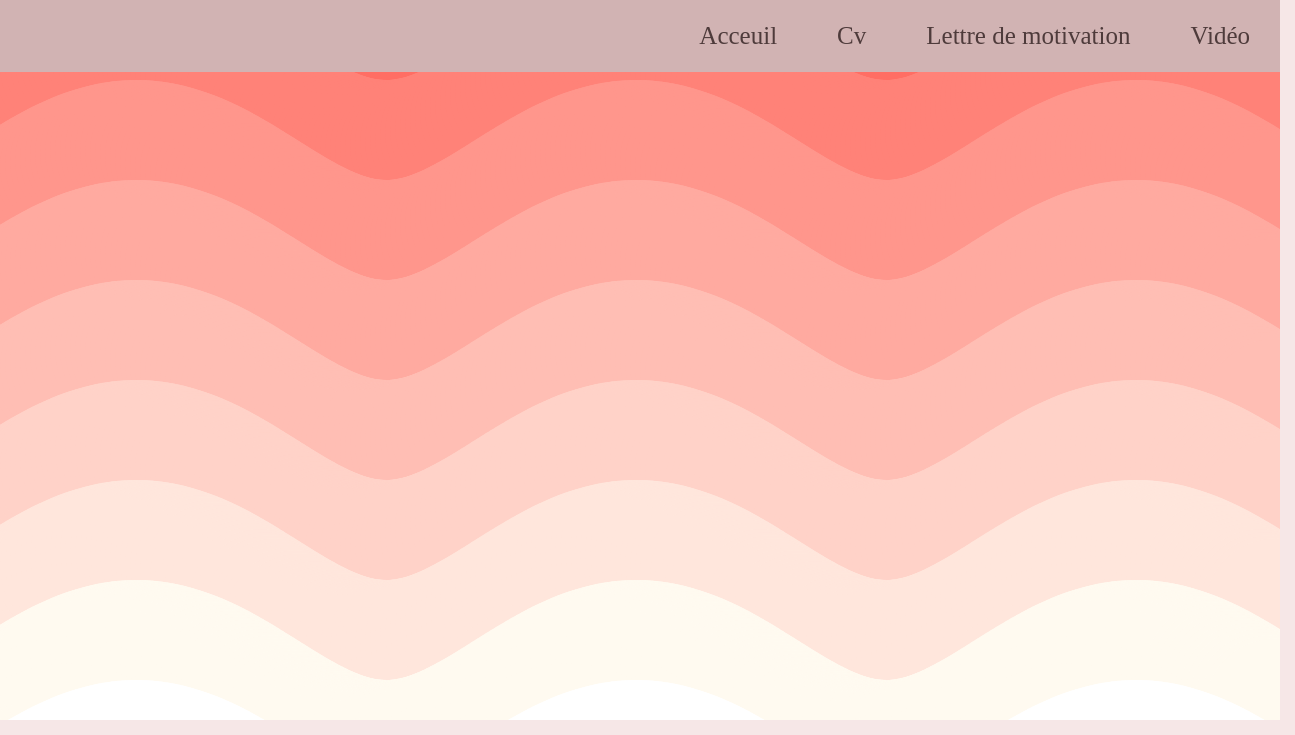
Repository: Iban-del/ProjetBacIban
Page: index.html
The author's editor kept a copy of each file at every save. The page is drawn from the files as they stood at one save, then again after the next save.
The browser window is 1280 px wide. The page is 1295 px wide, so the pictures cover 1295 px, including what lies to the right of the window. The pictures show the whole page.
The page's requests for data from a server got no answer.

Above is the page before, as saved 2025-02-25 18:38:30.

After the next save:
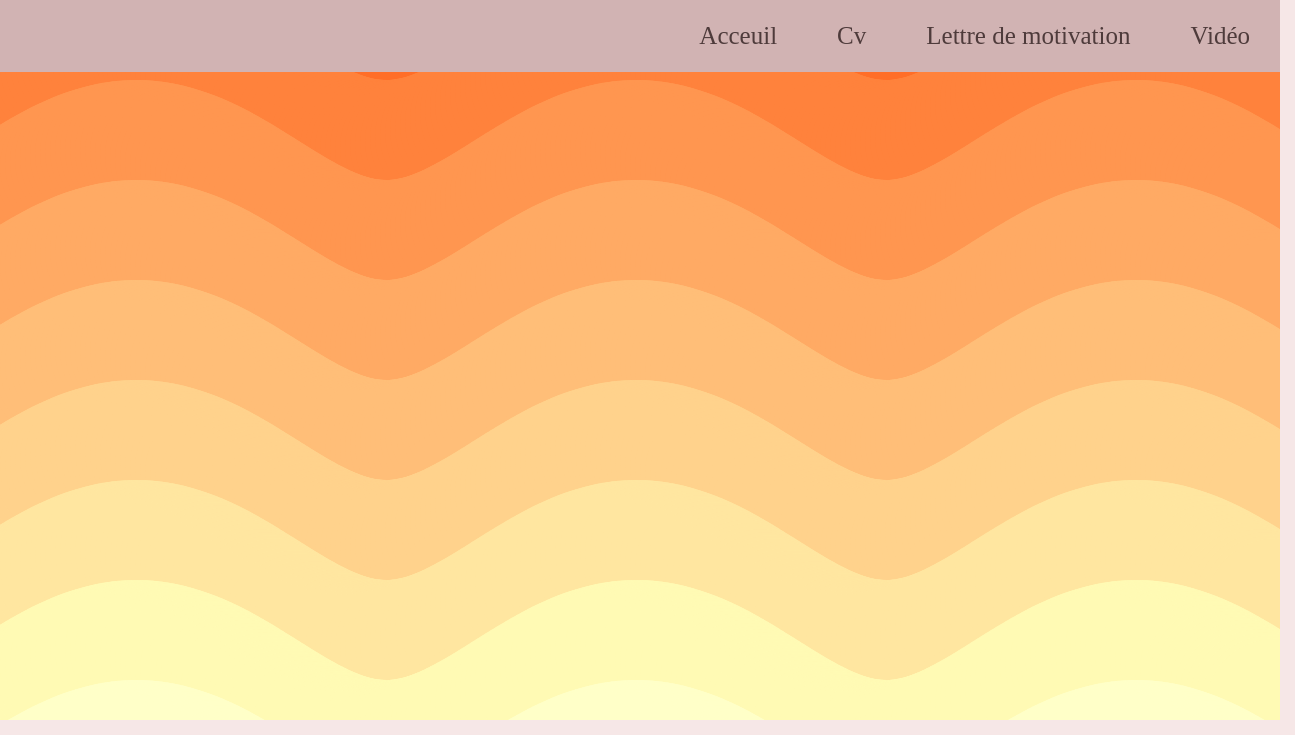
Saved 9 s later.
--- a/js/background.js
+++ b/js/background.js
@@ -75,7 +75,7 @@ function drawVague(ctx,canvas){
                 ctx.beginPath();
                 ctx.moveTo(x,y)
                 const addColor = 80
-                let globalColor= `rgb(${color+addColor+255},${color+addColor-10},${color+addColor-20})`
+                let globalColor= `rgb(${color+addColor+255},${color+addColor-10},${color+addColor-80})`
                 ctx.fillStyle=globalColor;
                 ctx.arc(x,y,70,0,Math.PI*2,true)
                 ctx.fill();
